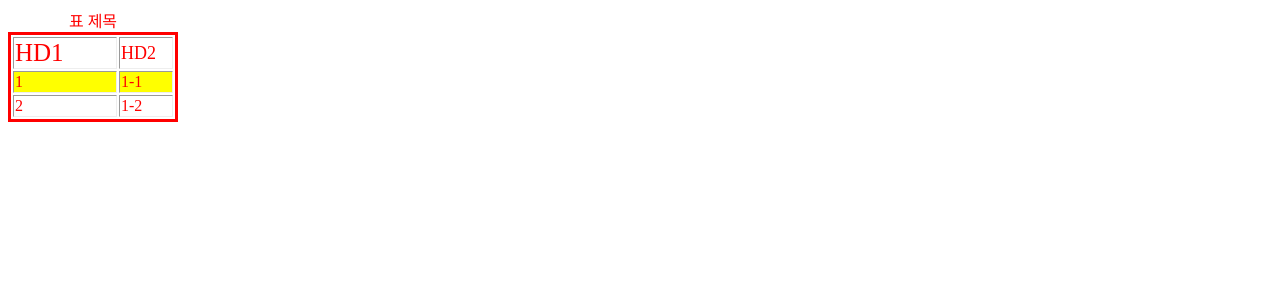
Repository: o-ddong/JSP
Page: ch1_html/WebContent/hello.html
The author's editor kept a copy of each file at every save. The page is drawn from the files as they stood at one save, then again after the next save.
The browser window is 1280 px wide. The pictures show the whole page.

Above is the page before, as saved 2021-03-03 05:22:51.

After the next save:
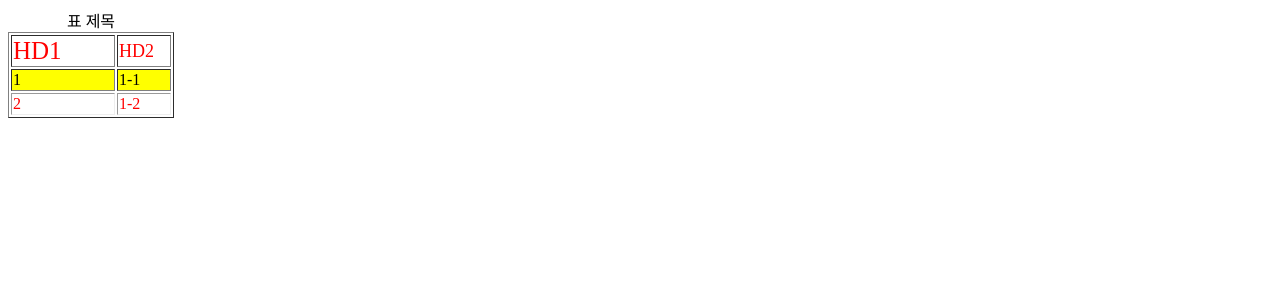
Saved 58 s later.
--- a/ch1_html/WebContent/hello.html
+++ b/ch1_html/WebContent/hello.html
@@ -12,11 +12,11 @@
 </head>
 <body>
 
-<table border = "1"; class = "style0">
+<table border = "1";>
 <caption> 표 제목</caption>
 <tr class="style1"><td width=100px> HD1 </td> <td class="style2"> HD2 </td> </tr>
 <tr class="style3"><td width=1px> 1 </td> <td> 1-1 </td> </tr>
-<tr><td> 2 </td> <td> 1-2 </td> </tr>
+<tr class = "style0"><td> 2 </td> <td> 1-2 </td> </tr>
 </table>
 
 </body>
